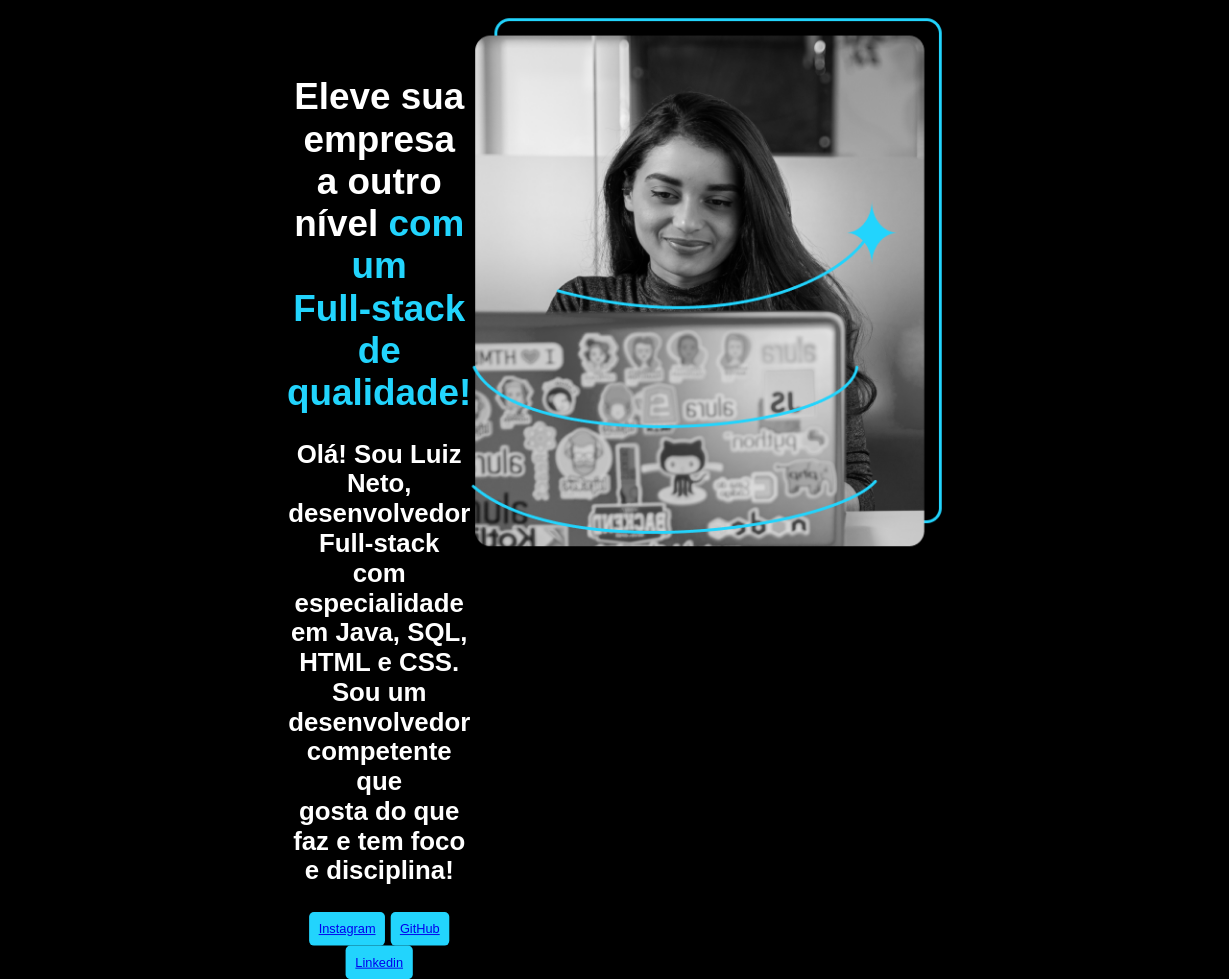
Repository: luiz123098/Sobre-mim-em-HTM-CSS
Page: htmlcss.html
The author's editor kept a copy of each file at every save. The page is drawn from the files as they stood at one save, then again after the next save.
The browser window is 1280 px wide. The pictures show the whole page, at 96% of full size.

Above is the page before, as saved 2023-03-08 14:41:56.

### htmlcss.html
</html>
<!DOCTYPE html>
<html lang="pt-br">
<head>
    <meta charset="UTF-8">
    <meta http-equiv="X-UA-Compatible" content="IE=edge">
    <meta name="viewport" content="width=device-width, initial-scale=1.0">
    <title>Projeto Estudos</title>
    <link rel="stylesheet" href="style.Css">
</head>
<body>
    <main>
        <div class="flex-container">
            <div
                class="parte_esquerda">
                <h1>
                    Eleve sua empresa<br>
                    a outro nível
                    <strong
                        class="texto_em_destaque">
                        com um<br>Full-stack de qualidade!
                    </strong>
                    <p class="biografia">
                        Olá! Sou Luiz Neto, desenvolvedor Full-stack<br>
                        com especialidade em Java, SQL, HTML e CSS.<br>
                        Sou um desenvolvedor competente que<br>
                        gosta do que faz e tem foco e disciplina!
                    </p>
                </h1>
                <button>
                    <a href="https://www.instagram.com/luiz.alencar2/">Instagram</a>
                </button>
                <button>
                    <a href="https://github.com/luiz123098">GitHub</a>
                </button>
                <button>
                    <a href="https://www.linkedin.com/in/luiz-neto-alencar-b843651a9/">Linkedin</a>
                </button>
            </div>
            <p class="segunda_box">
                <img src="Imagem.png" alt="Não foi possivel encontrar a imagem"><br>
            </p>
        </div>
    </main>
    <footer>

    </footer>
</body>

### style.Css
html, body {
    height: 100%;
}

body {
    max-width: 400px;
    font-family: gotham, arial, helvetica, sans-serif;
    padding: 0%;
    margin: 0 auto !important;
    background-color: black;
    color: white;
    text-align: justify;
}

.biografia{
    font-size: 70%;
    text-align: center;
}

.texto_em_destaque{
    color: #22D4FD;
}

.texto_editado{
    font-weight: bold;
}

.formacao{
    color: #22D4FD;
    border: 1px solid #22D4FD;
    padding: 10px;
}

div.parte_esquerda{
    text-align: center;
    height: 482px;
    width: 615px;
    left: 357px;
    top: 278px;
    border-color: #22D4FD;
    border-radius: 500px;
}

.flex-container {
    display: flex;
    /*isso centraliza o texto horizontalmente*/
    justify-content: center;
    /*isso centraliza o texto verticalmente*/
    align-items: center;

    border-radius: 500px;
    height: auto;
    color: #fff;
    font-size: 1.2rem;
}

button {
        border: none;
        padding: 10px;
        text-decoration: none;
        cursor: pointer;
        transition: .3s;
        border-radius: 5px;
        background-color: #22D4FD;
        color: black;
}

After the next save:
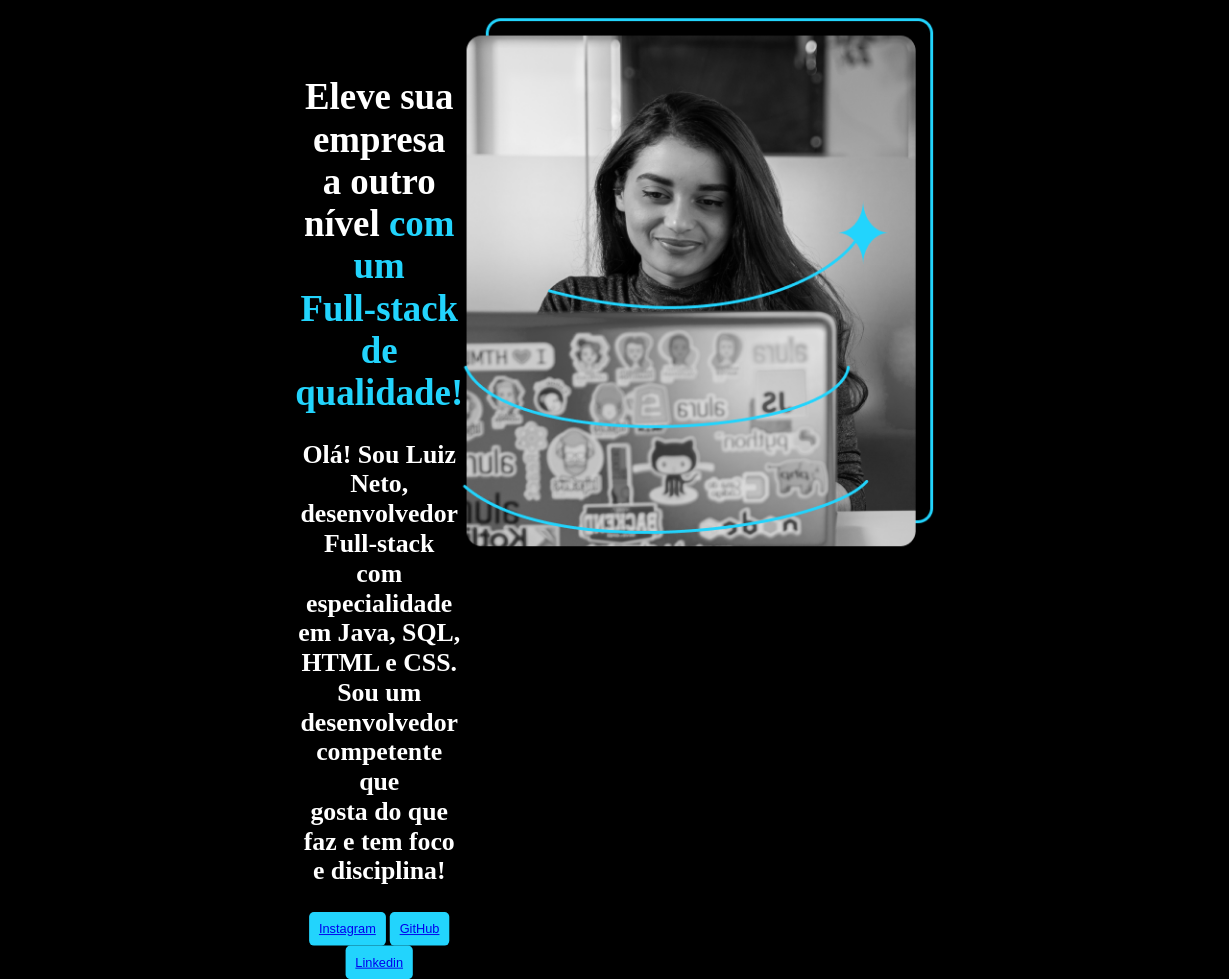
Saved 7 s later.
--- a/style.Css
+++ b/style.Css
@@ -4,7 +4,6 @@
 
 body {
     max-width: 400px;
-    font-family: gotham, arial, helvetica, sans-serif;
     padding: 0%;
     margin: 0 auto !important;
     background-color: black;
